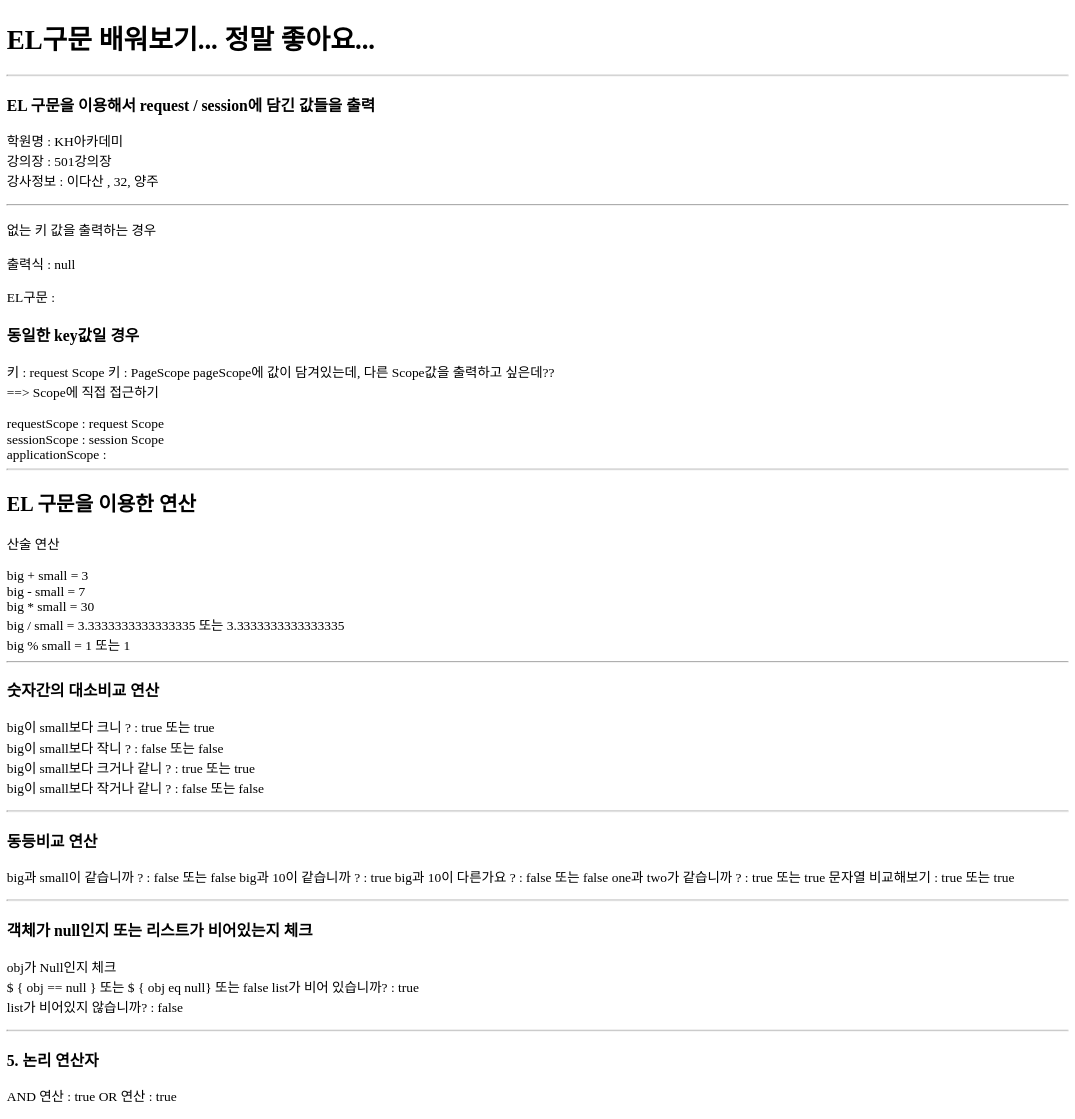
Repository: ham-zi/front-practice
Page: http://localhost/ActionProject/el.do
The author's editor kept a copy of each file at every save. The page is drawn from the files as they stood at one save, then again after the next save.
The browser window is 1280 px wide. The pictures show the whole page, at 84% of full size.
The page is served by Tomcat 9. Other server files are loaded and not shown.

Above is the page before, as saved 2026-05-06 06:45:54.

### dynamic-workspace/ActionProject/src/main/webapp/WEB-INF/views/01_el.jsp
<%@ page language="java" contentType="text/html; charset=UTF-8"
    pageEncoding="UTF-8"%>
<%@ page import="com.kh.el.model.dto.Person" %>


<!DOCTYPE html>
<html>
<head>
<meta charset="UTF-8">
<title>초강력 JSP</title>
</head>
<body>
<!-- 외부에서 접근할 수 없게 WEB-INF에 넣는다. -->
	<h1> EL구문 배워보기... 정말 좋아요...</h1>

	<%--
	<%
		String classRoom = (String)request.getAttribute("classRoom");
		Person student = (Person)request.getAttribute("student");

		String academy = (String)session.getAttribute("academy");
		Person lecture = (Person)session.getAttribute("lecture");


	%>
		JSP 주석이 따로 있다.

		<!--는 단순히 문자열일뿐 주석이 아니다.


	<p>
		학원명 : <%= academy %> <br>
		강의장 : <%= academy %> <br>
		강사정보 : <%= lecture.getName() %>, <%= lecture.getAge() %>, <%= lecture.getAddress() %> <br><br>

		수강생의 정보
		<!--통신은 흐름을 생각해야함,
			클라이언트의 요청을 하면서 흐름이 시작됨


		 -->
		<ul>
			<li> 이름 : <%=student.getName() %></li>
			<li> 나이 : <%=student.getAge() %></li>
			<li> 주소 : <%=student.getAddress() %></li>
		</ul>
	</p>

	자바와 자바스크립트는 연관이 전혀없다.


	 --%>

	 <hr>

	 <h3> EL 구문을 이용해서 request / session에 담긴 값들을 출력</h3>

	 <p>
	 	학원명 : ${ academy } <br>
	 	강의장 : ${ classRoom } <br>
	 	강사정보 : ${ lecture.name } , ${lecture.age}, ${ lecture.address } <br>
	 		<!-- getName()을 호출하는거구나. -->

	 	<!--
	 		실제로 필드에 직접 접근하는 것은 불가능하다.
	 		.name => getName()를 호출

	 		내부적으로 getter 메소드를 찾아서 호출해서 값을 출력하는 구조

	 	 -->

	 </p>


	<hr>

	 <p>없는 키 값을 출력하는 경우</p>

	<p> 출력식 : <%= request.getAttribute("classRom") %></p>
	<p> EL구문 : ${classRom } <!-- 오타가 빈문자열로 나옴, 꼼꼼하게 확인할것  -->


	<h3>동일한 key값일 경우</h3>

	키 : ${ key }

	<%
		//page Scope 에 추가
		pageContext.setAttribute("key", "PageScope");
	%>
	키 : ${ key }

	<!--
		EL구문은 가장 작은 범위의 scope부터 키값을 찾음
		page => request => session => applicaiton순으로 키 값을 검색

		모든 영역을 다 찾았는데 키 값을 찾지 못했으면 => "", 아무일도 일어나지 않음 => 오류가 안남


		요새 컴퓨팅자원이 좋아서 requestScope.key <- 명시를안하긴하는데 key
		스코프를 적어주는게 더 좋다.
	 -->
	 pageScope에 값이 담겨있는데, 다른 Scope값을 출력하고 싶은데??<br>

	 ==> Scope에 직접 접근하기 <br><br>

	 requestScope :  ${ requestScope.key }	<br>
	 sessionScope :	 ${ sessionScope.key }	<br>
	 applicationScope : ${ applicationScope.key } <br>

	 <hr>

	 <h2> EL 구문을 이용한 연산</h2>

	 <p></p>

	 	산술 연산 <br><br>

	 	big + small = ${ bit + small }<br>
	 	big - small = ${ big - small }<br>
	 	big * small = ${ big * small }<br>
	 	big / small = ${ big / small } 또는 ${ big div small }<br>
	 	big % small = ${ big % small } 또는 ${ big mod small }<br>
	 	<!-- 결과는 동일하지만 div/mod를 쓰는것을 권장한다... -->

	 <hr>

	 <h3> 숫자간의 대소비교 연산 </h3>

	 <p>
	 	big이 small보다 크니 ? : ${ big > small } 또는 ${ big gt small }<br>
	 	big이 small보다 작니 ? : ${ big < small } 또는 ${ big lt small }<br>
	 	big이 small보다 크거나 같니 ? : ${ big >= small } 또는 ${big ge small }<br>
	 	big이 small보다 작거나 같니 ? : ${ big <= small } 또는 ${big le small }<br>
	 	<!-- gt/lt/ge/le를 쓰는것을 권장한다... -->
	 </p>

	 <hr>
	 <h3> 동등비교 연산</h3>

	 <p>
	 	big과 small이 같습니까 ? : ${ big == small } 또는 ${ big eq small }
	 	big과 10이 같습니까 ? : ${ big eq 10 }
	 	big과 10이 다른가요 ? : ${ big != 10 } 또는 ${ big ne 10 }
	 	<!-- eq/ne을 쓰는것을 권장한다. -->

	 	one과 two가 같습니까 ? : ${ strOne == strTwo } 또는 ${ strOne eq strTwo }
	 	문자열 비교해보기 :       ${ strOne eq '안녕' } 또는  ${ strOne eq "안녕" }
	 	<!-- EL구문에서 문자열 == 비교는 equals()와 같은 동작을 함 -->
	 </p>

	 <hr>

	 <h3> 객체가 null인지 또는 리스트가 비어있는지 체크 </h3>

	 <p>
	 	obj가 Null인지 체크 <br>
	 	$ { obj == null } 또는 $ { obj eq null} 또는 ${ empty obj }
	 	<!-- empty가 권장사항 (빈문자열, 널인지 체크)-->

	 	list가 비어 있습니까? : ${ empty list } <br>
	 	list가 비어있지 않습니까? : ${ !empty list }
	 </p>


	 <hr>

	 <h3> 5. 논리 연산자 </h3>

	 <p>
	 	AND 연산 : ${ true && true }
	 	OR 연산 : ${ true || true }
	 </p>


</body>
</html>

### dynamic-workspace/ActionProject/src/main/java/com/kh/el/controller/ElServlet.java
package com.kh.el.controller;

import java.io.IOException;
import java.util.ArrayList;

import javax.servlet.ServletException;
import javax.servlet.annotation.WebServlet;
import javax.servlet.http.HttpServlet;
import javax.servlet.http.HttpServletRequest;
import javax.servlet.http.HttpServletResponse;
import javax.servlet.http.HttpSession;

import com.kh.el.model.dto.Person;


@WebServlet("/el.do")
public class ElServlet extends HttpServlet {
	private static final long serialVersionUID = 1L;


    public ElServlet() {
        super();
    }


	protected void doGet(HttpServletRequest request, HttpServletResponse response) throws ServletException, IOException {
		// 만약 서블릿에서 응답할 데이터가 존재한다면
		// JSP로 포워딩할 때 request.setAttribute("name값","Value값") -> foword
		// request -> Servlet내장 객체 / Scope객체라고 표현한다

		// application / ★session★ / ★request★ / page

		/* 큰 순서
		 * 1. application scope : ServletContext
		 * : 한 애플리케이션 당 '한 개' 존재하는 객체, 이 프로젝트 안에서 어디서든 사용할 수 있다
		 * 이 영역에 데이터를 담으면 애플리케이션 전역에서 사용 가능 ( 공유 범위가 매우 넓음 )
		 *
		 * 2. session scope : HttpSession
		 * : 하나의 브라우저 당 '한 개' 존재하는 객체,
		 * 이 영역에 데이터를 담으면 JSP / Servlet단에서 사용 가능
		 * 값이 한 번 담기면 서버를 멈추거나, 세션을 비우거나, 브라우저가 닫히기 전까지는 계속 사용 가능하다
		 *
		 * 3. request scope : HttpServletRequest
		 * 요청 및 응답 시 매 번 생성되는 객체
		 * 이 영역에 데이터를 담으면 해당 request를 포워딩 받는 응답 JSP에서만 사용이 가능(1회성)
		 *
		 *
		 * 4. page scope : PageContext
		 * JSP페이지에서만 사용가능
		 *
		 *=> 위 객체들에 속성을 추가할 때는 .setAttribute("name값", 벨류);
		 *						     .setAttribute("name값");
		 *							 .removeAttribute("name값");
		 *로그인 같은 경우 request가 아닌 session에 저장되어야 한다.
		 *
		 *로그인은 다양한 방법의 로그인이 있다.
		 *
		 *
		 *
		 *
		 */
		//DB에서 작업한 요청 처리 결과
		//DTO(VO) 한 개, List<DTO>, int(결과값), String


		//requestScope
		request.setAttribute("classRoom", "501강의장");
		request.setAttribute("student", new Person("홍길동",15,"한양"));


		//sessionScope
		HttpSession session = request.getSession();
		session.setAttribute("academy", "KH아카데미");
		session.setAttribute("lecture", new Person("이다산",32,"양주"));


		//동일한 key
		request.setAttribute("key", "request Scope");
		session.setAttribute("key", "session Scope");


		// 숫자
		request.setAttribute("small", 3);
		request.setAttribute("big", 10);


		//문자열
		request.setAttribute("strOne", "안녕");
		request.setAttribute("strTwo", new String("안녕"));

		//객체
		request.setAttribute("obj", new Person("콩쥐",20,"콩쥐네"));

		//리스트
		request.setAttribute("list", new ArrayList());




		//응답 뷰 배정-> 포워딩
		request.getRequestDispatcher("/WEB-INF/views/01_el.jsp").forward(request, response);

	}


	protected void doPost(HttpServletRequest request, HttpServletResponse response) throws ServletException, IOException {
		doGet(request, response);
	}

}

### dynamic-workspace/ActionProject/src/main/java/com/kh/el/model/dto/Person.java
package com.kh.el.model.dto;

public class Person {
	private String name;
	private int age;
	private String address;
	public Person() {
		super();
	}
	public Person(String name, int age, String address) {
		super();
		this.name = name;
		this.age = age;
		this.address = address;
	}
	public String getName() {
		return name;
	}
	public void setName(String name) {
		this.name = name;
	}
	public int getAge() {
		return age;
	}
	public void setAge(int age) {
		this.age = age;
	}
	public String getAddress() {
		return address;
	}
	public void setAddress(String address) {
		this.address = address;
	}
	@Override
	public String toString() {
		return "Person [name=" + name + ", age=" + age + ", address=" + address + "]";
	}



}

After the next save:
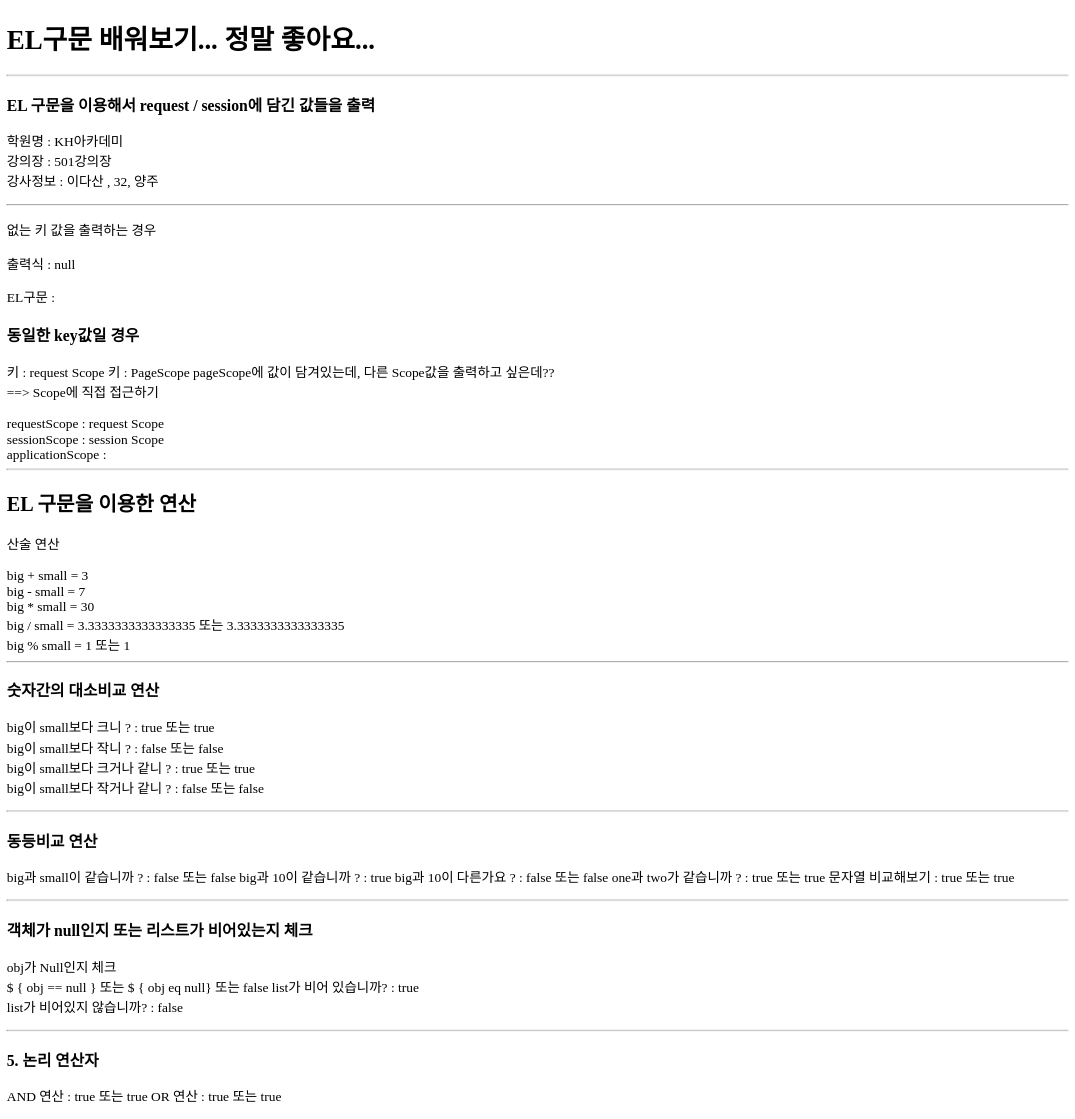
Saved 29 s later.
--- a/dynamic-workspace/ActionProject/src/main/webapp/WEB-INF/views/01_el.jsp
+++ b/dynamic-workspace/ActionProject/src/main/webapp/WEB-INF/views/01_el.jsp
@@ -168,8 +168,8 @@
 	 <h3> 5. 논리 연산자 </h3>
 
 	 <p>
-	 	AND 연산 : ${ true && true }
-	 	OR 연산 : ${ true || true }
+	 	AND 연산 : ${ true && true } 또는 ${ true and true }
+	 	OR 연산 : ${ true || true } 또는 ${ true or true }
 	 </p>
 
 
